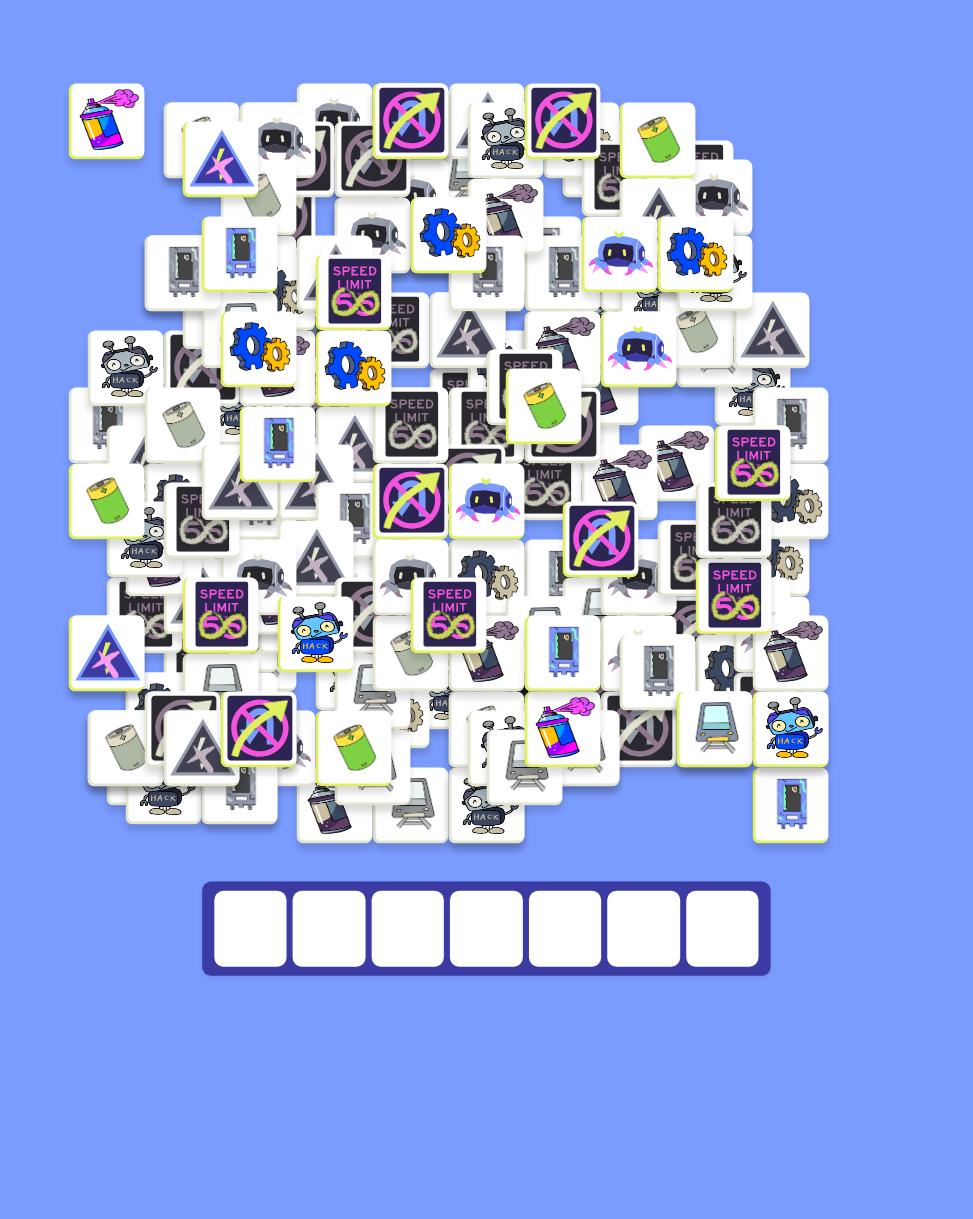
Repository: Avril-Cui/hack-puzzle
Page: / (app in client/)
An editor plug-in stored every save of this project. The page is shown before and after the next save, followed by the edit.
The browser window is 1280 px wide. The pictures show the whole page, at 76% of full size.
The project was rebuilt for these pictures with package versions that can differ from the ones it lists, and the page was loaded fresh each time. The framework's server and built-in components were replaced by stand-ins that run in the browser. Also part of the build but not shown: client/next.config.ts.

Above is the page before, as saved 2025-06-11 20:35:46.

### client/app/page.tsx
import Game from "../components/Game";

export default function Home() {
  return (
    <div>
      <Game />
    </div>
  );
}

### client/app/globals.css
@import "tailwindcss";

:root {
  --background: #7A9CFF;
}

@theme inline {
  --color-background: var(--background);
  --color-foreground: var(--foreground);
  --font-sans: var(--font-geist-sans);
  --font-mono: var(--font-geist-mono);
}

@media (prefers-color-scheme: dark) {
  :root {
    --background: #7A9CFF;
  }
}

body {
  background: var(--background);
  color: var(--foreground);
  font-family: Arial, Helvetica, sans-serif;
}

### client/components/Game.tsx
"use client";
import React, { useEffect, useState } from "react";
import styles from "./Game.module.css";

interface Tile {
  id: string;
  x: number;
  y: number;
  status: number;      // 0 = unpicked, 1 = in queue
  iconName: string;
}

const CELL_SIZE = 100;
const ICONS = ["🍀","🌈","⚙️","🐏","🐯","🐤","📚","🧠","💻","🐼"];

const PuzzleGame: React.FC = () => {
  const [tiles, setTiles] = useState<Tile[]>([]);
  const [queue, setQueue] = useState<Tile[]>([]);

  useEffect(() => {
    fetch("/scene.json")
      .then(res => res.json())
      .then((data: Tile[]) => setTiles(data));
  }, []);

  const handleClick = (tile: Tile) => {
    if (queue.length >= 7) return;
    setQueue(q => [...q, tile]);
    setTiles(t =>
      t.map(x => x.id === tile.id ? { ...x, status: 1 } : x)
    );
  };

  // returns true if tile at `idx` is overlapped by any later (higher) tile still in play
  const isCovered = (idx: number) => {
    const cur = tiles[idx];
    if (cur.status !== 0) return false;
    for (let j = idx + 1; j < tiles.length; j++) {
      const other = tiles[j];
      if (other.status !== 0) continue;
      // bounding‐box overlap?
      if (
        !(cur.x + CELL_SIZE <= other.x ||
          other.x + CELL_SIZE <= cur.x ||
          cur.y + CELL_SIZE <= other.y ||
          other.y + CELL_SIZE <= cur.y)
      ) {
        return true;
      }
    }
    return false;
  };

  const getIconPath = (iconName: string) => {
    const extMap: Record<string, string> = {
      icons0: "svg", icons1: "png", icons2: "png", icons3: "png",
      icons4: "svg", icons5: "jpg", icons6: "jpg", icons7: "jpg",
      icons8: "svg", icons9: "svg",
    };
    return `/icons/${iconName}.${extMap[iconName] || "png"}`;
  };

  return (
    <div className={styles.gameContainer}>
      <div className={styles.tileBoard}>
        {tiles.map((tile, idx) => {
          // inactive if picked OR if covered by any tile with a higher array-index
          const inactive = tile.status !== 0 || isCovered(idx);

          return (
            <div
              key={tile.id}
              className={`${styles.tile} ${inactive ? styles.inactive : ""}`}
              style={{
                left: tile.x,
                top: tile.y,
                zIndex: idx  // ensures later array items actually draw on top
              }}
              onClick={() => {
                if (!inactive && queue.length < 7) handleClick(tile);
              }}
            >
              <img
                src={getIconPath(tile.iconName)}
                alt={tile.iconName}
                className={styles.tileInner}
              />
            </div>
          );
        })}
      </div>

      <div className={styles.queueBar}>
        {queue.map(t => (
          <div key={t.id} className={styles.queueTile}>
            <img
              src={getIconPath(t.iconName)}
              alt={t.iconName}
              className={styles.tileInner}
              style={{ filter: "none", opacity: 1 }}
            />
          </div>
        ))}
        {Array.from({ length: 7 - queue.length }).map((_, i) => (
          <div key={i} className={styles.queueTile} />
        ))}
      </div>
    </div>
  );
};

export default PuzzleGame;

### client/components/Game.module.css
.gameContainer {
  display: flex;
  flex-direction: column;
  align-items: center;
  margin-top: 10em;
  margin-bottom: 20em;
}

.tileBoard {
  position: relative;
  width: 1000px;
  height: 900px;
  background-color: transparent; /* remove green board background */
}

.tile {
  position: absolute;
  width: 100px;
  height: 100px;
  background: white;
  border-radius: 10px;
  font-size: 40px;
  border-left: 4px solid #e1f060;
  border-bottom: 4px solid #e1f060;
  display: flex;
  align-items: center;
  justify-content: center;
  transition: transform 0.2s ease, opacity 0.3s ease;
  box-shadow: 0 8px 10px rgba(0, 0, 0, 0.15);
  cursor: pointer;
}

.tileInner {
  width: 100%;
  height: 100%;
  display: flex;
  justify-content: center;
  align-items: center;
  overflow: hidden;
  padding: 5%; /* optional, for consistent inner margin */
}

.tileInner img {
  max-width: 100%;
  max-height: 100%;
  object-fit: contain;
  pointer-events: none;
}

.covered {
  background: #ccc;
  opacity: 0.4;
  pointer-events: none;
}

.queueBar {
  margin-top: 100px;
  display: flex;
  justify-content: center;
  gap: 12px;
  padding: 12px;
  background: #3c3aa3;
  border-radius: 10px;
  box-shadow: 0 2px 6px rgba(0, 0, 0, 0.1);
}

.queueBar {
  display: flex;
  justify-content: flex-start;
  gap: 8px;
  padding: 12px 16px;
  background-color: #3c3aa3;
  border-radius: 12px;
  width: calc((100px * 7) + (8px * 6)); /* = 748px */
  min-height: 100px; /* same as tile height */
}

.queueTile {
  width: 100px;
  height: 100px;
  background-color: white;
  border-radius: 12px;
  box-shadow: 4px 4px 0 #3c3aa3;
  display: flex;
  align-items: center;
  justify-content: center;
}

.queueTile img {
  width: 100%;
  height: 100%;
  object-fit: contain;
  padding: 8px;
}

.inactive {
  filter: saturate(15%);
  pointer-events: none;
}

Loaded but not shown: client/app/layout.tsx (common file); client/public/scene.json (2162 lines, source omitted)

After the next save:
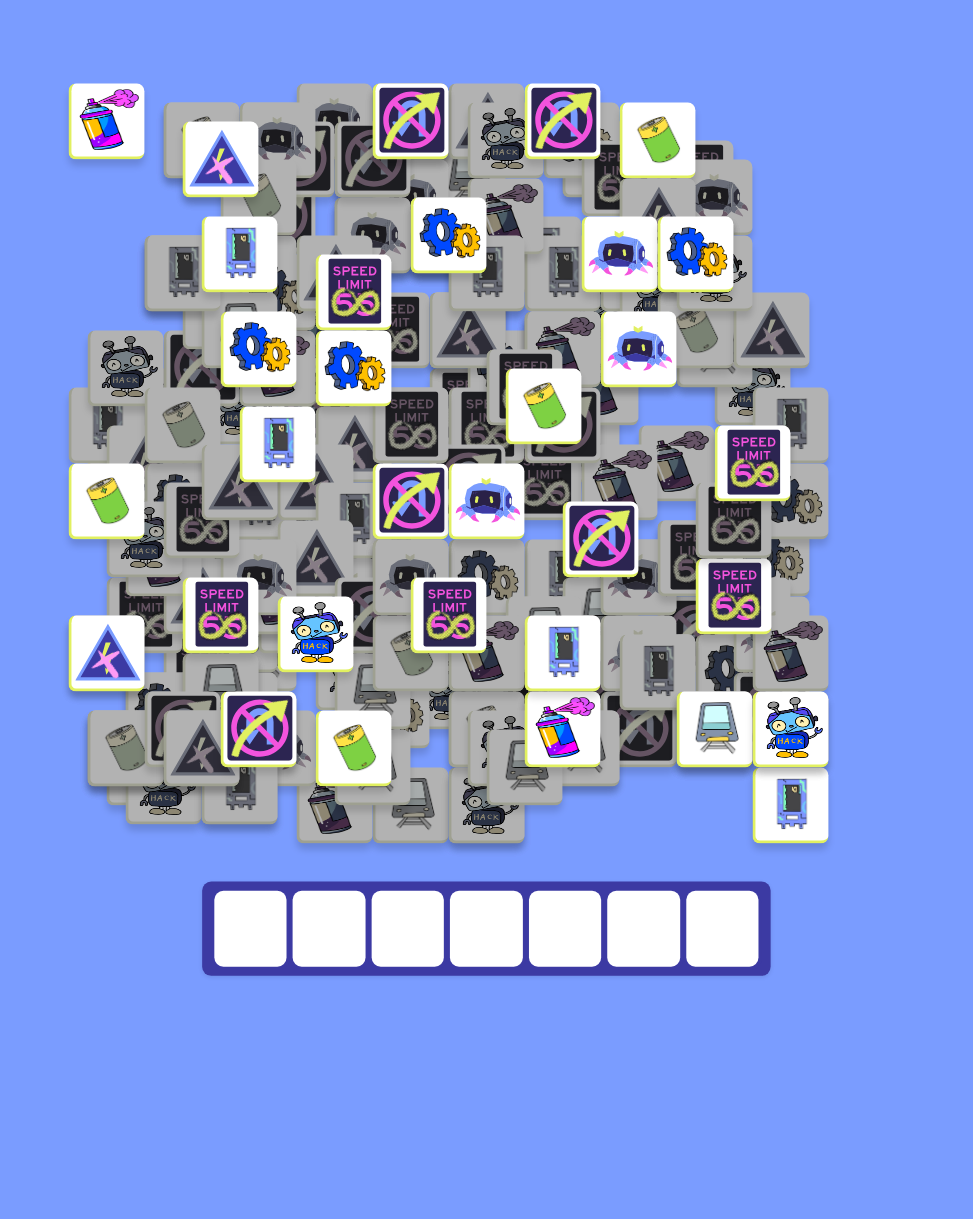
Saved 4 s later.
--- a/client/components/Game.module.css
+++ b/client/components/Game.module.css
@@ -94,6 +94,6 @@
 }
 
 .inactive {
-  filter: saturate(15%);
+  filter: saturate(15%) brightness(70%);
   pointer-events: none;
 }
